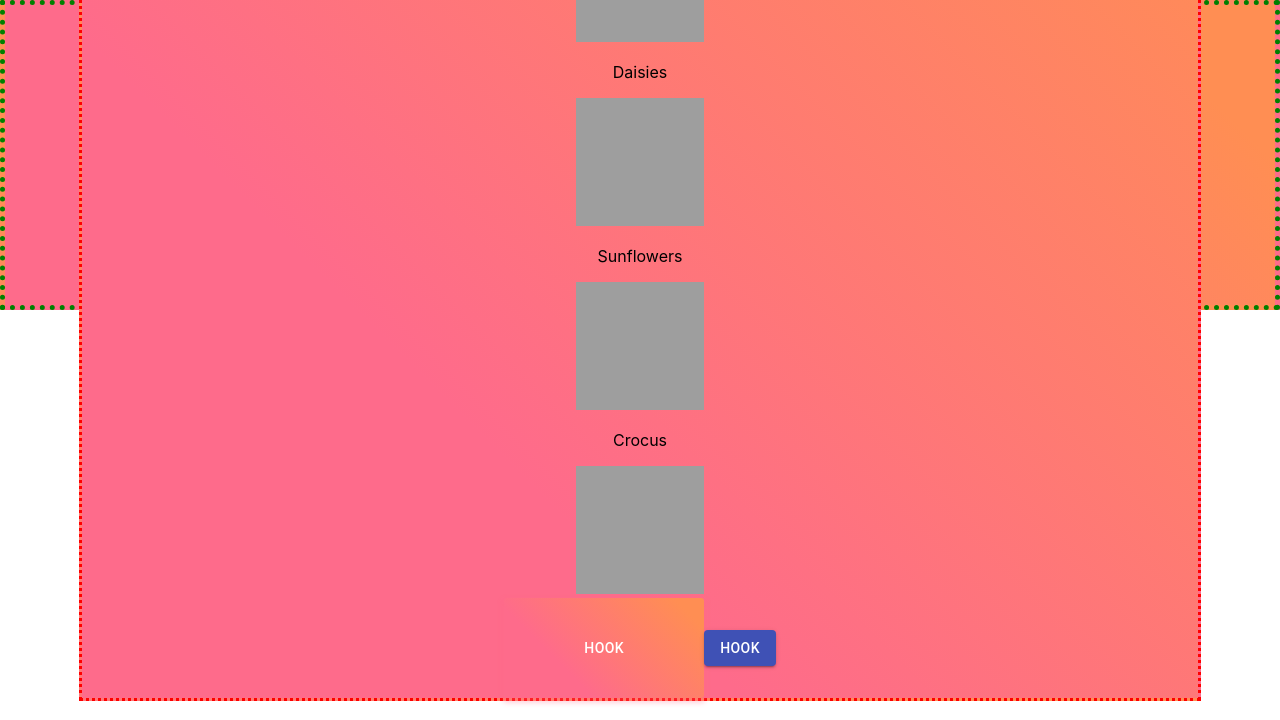
Repository: DevLuDaley/react-flower-shop
Page: /
An editor plug-in stored every save of this project. The page is shown before and after the next save, followed by the edit.
The browser window is 1280 px wide. The pictures show the whole page.
Pictures or frames that could not be fetched are drawn as grey boxes. The project was rebuilt for these pictures with package versions that can differ from the ones it lists, and the page was loaded fresh each time.

Above is the page before, as saved 2021-02-19 21:51:13.

### src/App.js
// import './App.css';
import Grid from '@material-ui/core/Grid';
import Container from '@material-ui/core/Container';
import { makeStyles } from '@material-ui/core/styles';

// // or
// import { Grid } from '@material-ui/core';
//  import FlowerGallery from './components/FlowerGallery'
 import FlowersContainer from './Containers/FlowersContainer'


const useStyles = makeStyles({
  root: {
    background: 'linear-gradient(45deg, #FE6B8B 30%, #FF8E53 90%)',
    display: 'flex',
    justifyContent: 'center',
    alignItems: 'center',
    textAlign: 'center',
    height: '200px',
    border: '5px dotted green',
    padding: '50px'
  },
});

function App() {
  const classes = useStyles();
  return (
    <Grid className={classes.root}>
      <Container>
      <FlowersContainer/>
        {/* <FlowerGallery/> */}
      </Container>
    </Grid>
  );
}

export default App;

### src/Containers/FlowersContainer.js
import React from 'react';
import Grid from '@material-ui/core/Grid';
import Container from '@material-ui/core/Container';
import { makeStyles } from '@material-ui/core/styles';


import FlowerGallery from '../components/FlowerGallery'


const useStyles = makeStyles({
  root: {
    background: 'linear-gradient(45deg, #FE6B8B 30%, #FF8E53 90%)',
    // border: 0,
    // borderRadius: 3,
    // boxShadow: '0 3px 5px 2px rgba(255, 105, 135, .3)',
    // color: 'white',
    // height: "auto",
    // padding: '0 30px',
    // display: 'flex',
    justifyContent: 'center',
    alignItems: 'center',
    textAlign: 'center',
    // height: '200px',
    border: '3px dotted red'
  },
});


const FlowersContainer = () => {
    const classes = useStyles();
    return (

        <Grid>
            <Container className={classes.root}>
                <FlowerGallery/>
            </Container>
        </Grid>


     );
}

export default FlowersContainer;

### src/components/FlowerGallery.js
import React from 'react';
import { makeStyles } from '@material-ui/core/styles';

// import FlowerGalleryStyles from './FlowerGalleryStyles'
// import Button from materialmaterial
import Button from '@material-ui/core/Button';
import Container from '@material-ui/core/Container';

const useStyles = makeStyles({
  root: {
    background: 'linear-gradient(45deg, #FE6B8B 30%, #FF8E53 90%)',
    border: 0,
    borderRadius: 3,
    boxShadow: '0 3px 5px 2px rgba(255, 105, 135, .3)',
    color: 'white',
    height: '100px',
    width: '200px',
    padding: '0 30px',
  },
});

const FlowerGallery = () => {
      const classes = useStyles();
    // const classes = FlowerGalleryStyles()

const flowerList = [
  {id: 1, name: 'Red Roses', imageUrl: 'https://images.unsplash.com/photo-1548094967-e25a127d1f6d?ixid=MXwxMjA3fDB8MHxwaG90by1wYWdlfHx8fGVufDB8fHw%3D&ixlib=rb-1.2.1&auto=format&fit=crop&w=1137&q=80' , rating: 5},
  {id: 2, name: 'Tulips', imageUrl: 'https://images.unsplash.com/photo-1610444028097-40d9858bb44f?ixid=MXwxMjA3fDB8MHxwaG90by1wYWdlfHx8fGVufDB8fHw%3D&ixlib=rb-1.2.1&auto=format&fit=crop&w=1234&q=80', rating: 4},
  {id: 3, name: 'Daisies', imageUrl: 'https://images.unsplash.com/photo-1607061868914-e38515be98cb?ixid=MXwxMjA3fDB8MHxwaG90by1wYWdlfHx8fGVufDB8fHw%3D&ixlib=rb-1.2.1&auto=format&fit=crop&w=1091&q=80', rating: 4},
  {id: 4, name: 'Sunflowers', imageUrl: 'https://images.unsplash.com/photo-1598459832065-1e43b2283799?ixid=MXwxMjA3fDB8MHxzZWFyY2h8Nnx8c3VuZmxvd2VyJTIwYm9xdWV0fGVufDB8fDB8&ixlib=rb-1.2.1&auto=format&fit=crop&w=1200&q=60', rating: 5},
  {id: 5, name: 'Crocus', imageUrl: 'public/images/red-roses-bhttps://images.unsplash.com/photo-1488979246948-f4b573b1fae8?ixid=MXwxMjA3fDB8MHxzZWFyY2h8NXx8Y3JvY3VzfGVufDB8fDB8&ixlib=rb-1.2.1&auto=format&fit=crop&w=1200&q=60', rating: 5}

]

    return (
        <Container>
        <h1>This is a flower Gallery</h1>
        <section className="flower-cards">
        {flowerList ? flowerList.map(flower =>
          <div>
              <p>{flower.name}</p>
              <img src={flower.imageUrl} alt='photo of red roses' style={{width:"128px", height: "128px"}}></img>
          </div>
        )
        : <p className="no-data-message"> No Flowers Yet</p>
        }


        </section>
        <Button className={classes.root}>Hook</Button>
        <Button variant="contained" color="primary">Hook</Button>
      </Container>
      );
}

export default FlowerGallery;
// FlowerGalleryStyles

Loaded but not shown: public/index.html (common file); src/index.js (common file); src/index.css (common file); src/reportWebVitals.js (common file)

After the next save:
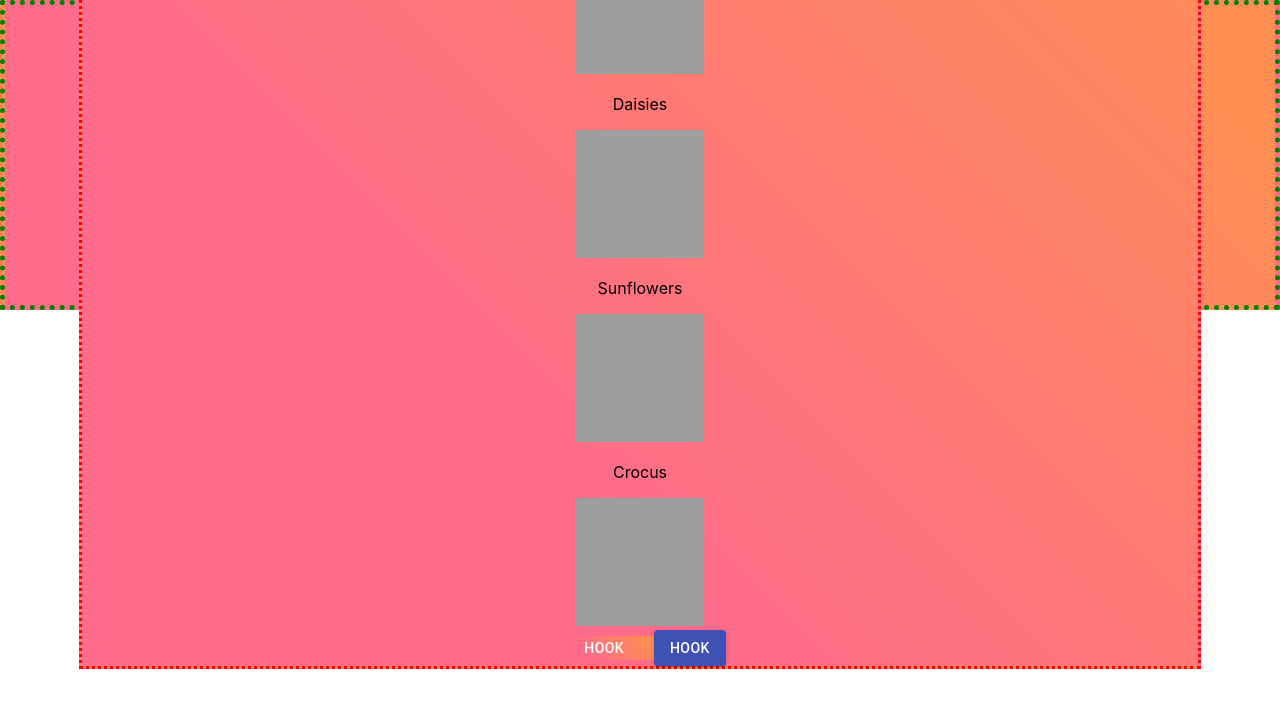
Saved 17 s later.
--- a/src/components/FlowerGallery.js
+++ b/src/components/FlowerGallery.js
@@ -13,8 +13,7 @@ const useStyles = makeStyles({
     borderRadius: 3,
     boxShadow: '0 3px 5px 2px rgba(255, 105, 135, .3)',
     color: 'white',
-    height: '100px',
-    width: '200px',
+    // height: 48,
     padding: '0 30px',
   },
 });
